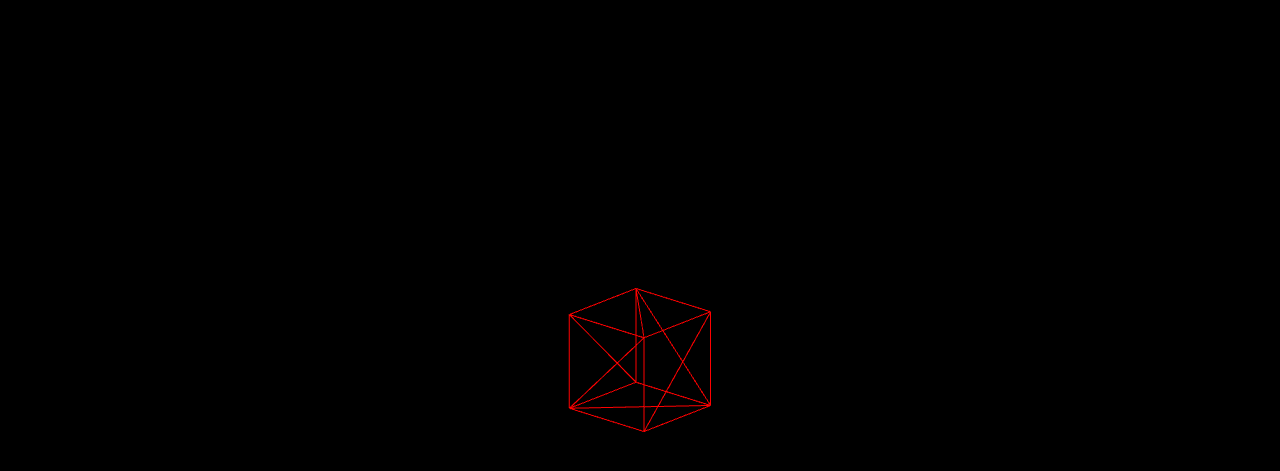
Repository: ZakariaZhlat125/multiple3dWindow
Page: index.html
The author's editor kept a copy of each file at every save. The page is drawn from the files as they stood at one save, then again after the next save.
The browser window is 1280 px wide. The pictures show the whole page.

Above is the page before, as saved 2023-12-03 21:59:05.

After the next save:
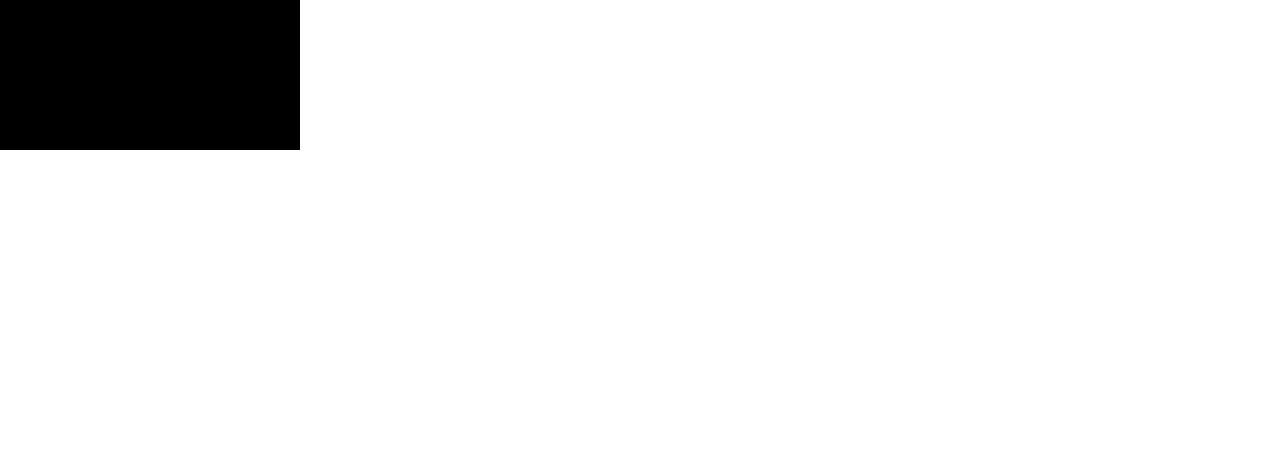
Console error: ReferenceError: updateNumberOfCubes is not defined
Saved 6 min 39 s later.
--- a/main.js
+++ b/main.js
@@ -62,6 +62,7 @@
 			updateWindowShape(false);
 			render();
 			window.addEventListener('resize', resize);
+			changeBallColors();
 		}, 500)
 	}
 
@@ -108,34 +109,9 @@
 		updateNumberOfCubes();
 	}
 
-	function updateNumberOfCubes ()
-	{
-		let wins = windowManager.getWindows();
-
-		// remove all cubes
-		cubes.forEach((c) => {
-			world.remove(c);
-		})
-
-		cubes = [];
-
-		// add new cubes based on the current window setup
-		for (let i = 0; i < wins.length; i++)
-		{
-			let win = wins[i];
-
-			let c = new t.Color();
-			c.setHSL(i * .1, 1.0, .5);
-
-			let s = 100 + i * 50;
-			let cube = new t.Mesh(new t.BoxGeometry(s, s, s), new t.MeshBasicMaterial({color: c , wireframe: true}));
-			cube.position.x = win.shape.x + (win.shape.w * .5);
-			cube.position.y = win.shape.y + (win.shape.h * .5);
-
-			world.add(cube);
-			cubes.push(cube);
-		}
-	}
+function balls() {
+	let wins = windowManager
+}
 
 	function updateWindowShape (easing = true)
 	{
